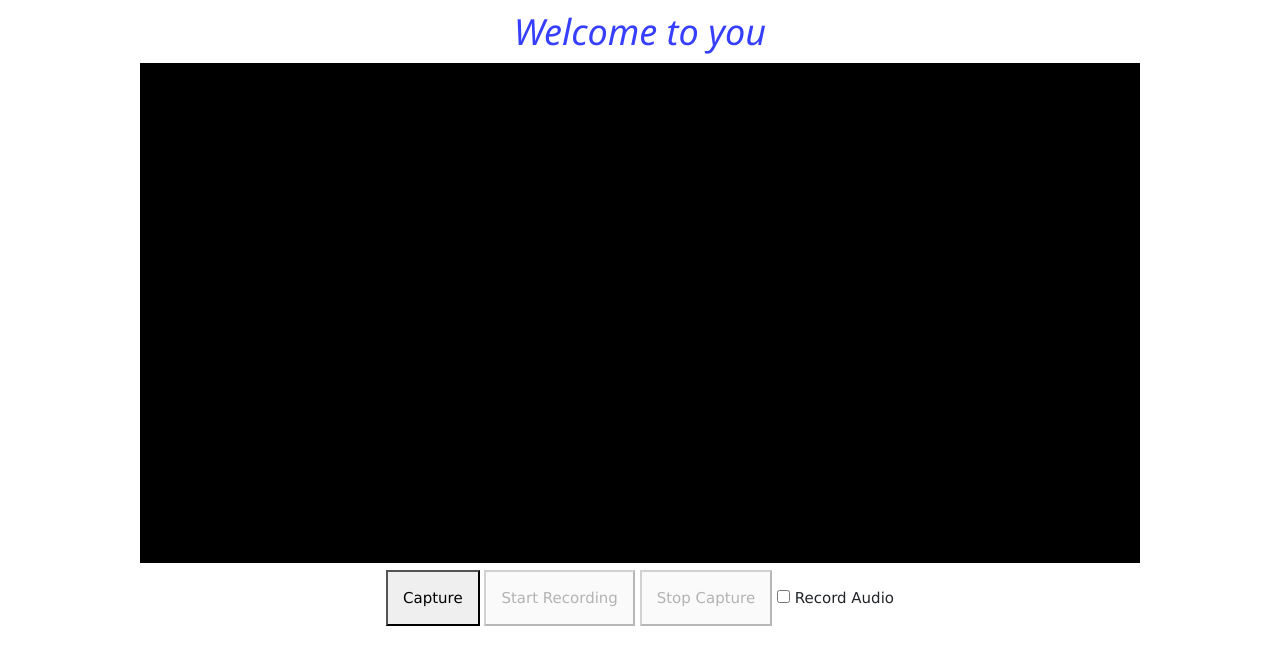
Repository: santiljanomalaj/recording_youtube
Page: index.html
An editor plug-in stored every save of this project. The page is shown before and after the next save, followed by the edit.
The browser window is 1280 px wide. The pictures show the whole page.

Above is the page before, as saved 2020-04-29 18:29:27.

### index.html
<!DOCTYPE html>
<html lang="en">
  <head>
    <title>video/audio capture</title>
    <meta charset="utf-8" />
    <meta http-equiv="X-UA-Compatible" content="IE=edge" />
    <meta name="viewport" content="width=device-width, initial-scale=1" />

    <link rel="stylesheet" href="style.css" />
    <link
      rel="stylesheet"
      href="https://maxcdn.bootstrapcdn.com/bootstrap/4.4.1/css/bootstrap.min.css"
    />
    <link rel="stylesheet" href="https://www.w3schools.com/w3css/4/w3.css" />
    <link
      rel="stylesheet"
      href="https://fonts.googleapis.com/css?family=Tangerine"
    />

    <script>
      //   if (location.protocol !== "https:") location.protocol = "https:";
    </script>
    <!-- import the webpage's stylesheet -->
  </head>
  <body>
    <center>
      <div class="w3-container w3-tangerine">
        <h1 class="w3-xxlarge">Welcome to you</h1>
      </div>
      <p id="warning">
        Enable chrome://flags/#enable-experimental-web-platform-features
      </p>
      <video
        style="background-color: black; width: 1000px; height: 500px;"
        id="videoElement"
        autoplay
      ></video>
      <br />
      <button id="captureBtn">Capture</button>
      <button id="startBtn" disabled>Start Recording</button>
      <button id="stopBtn" disabled>Stop Capture</button>
      <input type="checkbox" id="audioToggle" />
      <label for="audioToggle">Record Audio</label>
      <a class="btn btn-primary" id="download" href="#" style="display: none;"
        >Download</a
      >
      <a
        type="button"
        class="btn btn-primary"
        id="trim"
        href="https://video-cut.glitch.me/"
        style="display: none;"
        target="trim"
        >Trim Video</a
      >
      <a
        type="button"
        class="btn btn-primary"
        id="convert"
        href="https://convert-to-mp4.glitch.me/"
        style="display: none;"
        target="convert"
        >Convert to MP4</a
      >
    </center>

    <script src="comlink.js"></script>
    <script src="https://ajax.googleapis.com/ajax/libs/jquery/3.4.1/jquery.min.js"></script>
    <script src="https://cdnjs.cloudflare.com/ajax/libs/popper.js/1.16.0/umd/popper.min.js"></script>
    <script src="https://maxcdn.bootstrapcdn.com/bootstrap/4.4.1/js/bootstrap.min.js"></script>

    <script>
      if ("getDisplayMedia" in navigator.mediaDevices)
        warning.style.display = "none";

      let blobs;
      let blob;
      let rec;
      let stream;

      captureBtn.onclick = async () => {
        trim.style.display = "none";
        convert.style.display = "none";
        download.style.display = "none";
        let audio = audioToggle.checked || false;

        stream = await navigator.mediaDevices.getDisplayMedia({
          video: true,
          audio: audio,
        });
        stream
          .getVideoTracks()
          .forEach((track) => (track.contentHint = "text"));
        videoElement.srcObject = stream;
        let opts = { mimeType: "video/webm; codecs=h264" };
        blobs = [];
        rec = new MediaRecorder(stream, opts);
        rec.ondataavailable = (e) => blobs.push(e.data);
        rec.onstop = () => {
          blob = new Blob(blobs, { type: "video/mp4" });
          let url = window.URL.createObjectURL(blob);
          download.href = url;
          download.download = "test.mp4";
          download.style.display = "block";
          trim.style.display = "block";
          convert.style.display = "block";
        };
        startBtn.disabled = false;
        captureBtn.disabled = true;
        audioToggle.disabled = true;
      };

      startBtn.onclick = () => {
        startBtn.disabled = true;
        stopBtn.disabled = false;
        rec.start();
      };

      stopBtn.onclick = () => {
        captureBtn.disabled = false;
        startBtn.disabled = true;
        stopBtn.disabled = true;
        audioToggle.disabled = false;
        rec.stop();
        stream.getTracks().forEach((s) => s.stop());
        videoElement.srcObject = null;
        stream = null;
      };

      trim.onclick = async (event) => {
        event.preventDefault();
        let cutWindow = window.open(event.target.href);
        let start = Comlink.proxy(cutWindow);
        setTimeout(async () => {
          let result = await start(
            new File([blob], "test.webm", { type: "video/webm" }),
            "00:00:00"
          );
        }, 1000);
      };

      convert.onclick = async (event) => {
        event.preventDefault();
        let convertWindow = window.open(event.target.href);
        let start = Comlink.proxy(convertWindow);
        setTimeout(async () => {
          let result = await start(
            new File([blob], "test.webm", { type: "video/webm" })
          );
        }, 1000);
      };
    </script>
  </body>
</html>

### style.css
/* CSS files add styling rules to your content */

body {
  font-family: "Benton Sans", "Helvetica Neue", helvetica, arial, sans-serif;
  margin: 2em;
}

h1 {
  font-style: italic;
  color: #373fff;
}

video {
  width: 1000px;
  height: 1000px;
}

button {
  margin: 1em;
  padding: 1em;
}

.w3-tangerine {
  font-family: "Tangerine", serif;
}

### comlink.js
/**
 * Copyright 2017 Google Inc. All Rights Reserved.
 * Licensed under the Apache License, Version 2.0 (the "License");
 * you may not use this file except in compliance with the License.
 * You may obtain a copy of the License at
 *     http://www.apache.org/licenses/LICENSE-2.0
 * Unless required by applicable law or agreed to in writing, software
 * distributed under the License is distributed on an "AS IS" BASIS,
 * WITHOUT WARRANTIES OR CONDITIONS OF ANY KIND, either express or implied.
 * See the License for the specific language governing permissions and
 * limitations under the License.
 */
(function (factory) {
  if (typeof module === "object" && typeof module.exports === "object") {
    var v = factory(require, exports);
    if (v !== undefined) module.exports = v;
  } else if (typeof define === "function" && define.amd) {
    define(["require", "exports"], factory);
  } else {
    factory([], (self.Comlink = {}));
  }
})(function (require, exports) {
  "use strict";
  Object.defineProperty(exports, "__esModule", { value: true });
  const TRANSFERABLE_TYPES = [ArrayBuffer, MessagePort];
  const uid = Math.floor(Math.random() * Number.MAX_SAFE_INTEGER);
  const proxyValueSymbol = Symbol("proxyValue");
  const throwSymbol = Symbol("throw");
  const proxyTransferHandler = {
    canHandle: (obj) => obj && obj[proxyValueSymbol],
    serialize: (obj) => {
      const { port1, port2 } = new MessageChannel();
      expose(obj, port1);
      return port2;
    },
    deserialize: (obj) => {
      return proxy(obj);
    },
  };
  const throwTransferHandler = {
    canHandle: (obj) => obj && obj[throwSymbol],
    serialize: (obj) => obj.toString() + "\n" + obj.stack,
    deserialize: (obj) => {
      throw Error(obj);
    },
  };
  exports.transferHandlers = new Map([
    ["PROXY", proxyTransferHandler],
    ["THROW", throwTransferHandler],
  ]);
  let pingPongMessageCounter = 0;
  function proxy(endpoint, target) {
    if (isWindow(endpoint)) endpoint = windowEndpoint(endpoint);
    if (!isEndpoint(endpoint))
      throw Error(
        "endpoint does not have all of addEventListener, removeEventListener and postMessage defined"
      );
    activateEndpoint(endpoint);
    return cbProxy(
      async (irequest) => {
        let args = [];
        if (irequest.type === "APPLY" || irequest.type === "CONSTRUCT")
          args = irequest.argumentsList.map(wrapValue);
        const response = await pingPongMessage(
          endpoint,
          Object.assign({}, irequest, { argumentsList: args }),
          transferableProperties(args)
        );
        const result = response.data;
        return unwrapValue(result.value);
      },
      [],
      target
    );
  }
  exports.proxy = proxy;
  function proxyValue(obj) {
    obj[proxyValueSymbol] = true;
    return obj;
  }
  exports.proxyValue = proxyValue;
  function expose(rootObj, endpoint) {
    if (isWindow(endpoint)) endpoint = windowEndpoint(endpoint);
    if (!isEndpoint(endpoint))
      throw Error(
        "endpoint does not have all of addEventListener, removeEventListener and postMessage defined"
      );
    activateEndpoint(endpoint);
    attachMessageHandler(endpoint, async function (event) {
      if (!event.data.id || !event.data.callPath) return;
      const irequest = event.data;
      let that = await irequest.callPath
        .slice(0, -1)
        .reduce((obj, propName) => obj[propName], rootObj);
      let obj = await irequest.callPath.reduce(
        (obj, propName) => obj[propName],
        rootObj
      );
      let iresult = obj;
      let args = [];
      if (irequest.type === "APPLY" || irequest.type === "CONSTRUCT")
        args = irequest.argumentsList.map(unwrapValue);
      if (irequest.type === "APPLY") {
        try {
          iresult = await obj.apply(that, args);
        } catch (e) {
          iresult = e;
          iresult[throwSymbol] = true;
        }
      }
      if (irequest.type === "CONSTRUCT") {
        try {
          iresult = new obj(...args); // eslint-disable-line new-cap
          iresult = proxyValue(iresult);
        } catch (e) {
          iresult = e;
          iresult[throwSymbol] = true;
        }
      }
      if (irequest.type === "SET") {
        obj[irequest.property] = irequest.value;
        // FIXME: ES6 Proxy Handler `set` methods are supposed to return a
        // boolean. To show good will, we return true asynchronously ¯\_(ツ)_/¯
        iresult = true;
      }
      iresult = makeInvocationResult(iresult);
      iresult.id = irequest.id;
      return endpoint.postMessage(iresult, transferableProperties([iresult]));
    });
  }
  exports.expose = expose;
  function wrapValue(arg) {
    // Is arg itself handled by a TransferHandler?
    for (const [key, transferHandler] of exports.transferHandlers) {
      if (transferHandler.canHandle(arg)) {
        return {
          type: key,
          value: transferHandler.serialize(arg),
        };
      }
    }
    // If not, traverse the entire object and find handled values.
    let wrappedChildren = [];
    for (const item of iterateAllProperties(arg)) {
      for (const [key, transferHandler] of exports.transferHandlers) {
        if (transferHandler.canHandle(item.value)) {
          wrappedChildren.push({
            path: item.path,
            wrappedValue: {
              type: key,
              value: transferHandler.serialize(item.value),
            },
          });
        }
      }
    }
    for (const wrappedChild of wrappedChildren) {
      const container = wrappedChild.path
        .slice(0, -1)
        .reduce((obj, key) => obj[key], arg);
      container[wrappedChild.path[wrappedChild.path.length - 1]] = null;
    }
    return {
      type: "RAW",
      value: arg,
      wrappedChildren,
    };
  }
  function unwrapValue(arg) {
    if (exports.transferHandlers.has(arg.type)) {
      const transferHandler = exports.transferHandlers.get(arg.type);
      return transferHandler.deserialize(arg.value);
    } else if (isRawWrappedValue(arg)) {
      for (const wrappedChildValue of arg.wrappedChildren || []) {
        if (!exports.transferHandlers.has(wrappedChildValue.wrappedValue.type))
          throw Error(
            `Unknown value type "${arg.type}" at ${wrappedChildValue.path.join(
              "."
            )}`
          );
        const transferHandler = exports.transferHandlers.get(
          wrappedChildValue.wrappedValue.type
        );
        const newValue = transferHandler.deserialize(
          wrappedChildValue.wrappedValue.value
        );
        replaceValueInObjectAtPath(arg.value, wrappedChildValue.path, newValue);
      }
      return arg.value;
    } else {
      throw Error(`Unknown value type "${arg.type}"`);
    }
  }
  function replaceValueInObjectAtPath(obj, path, newVal) {
    const lastKey = path.slice(-1)[0];
    const lastObj = path.slice(0, -1).reduce((obj, key) => obj[key], obj);
    lastObj[lastKey] = newVal;
  }
  function isRawWrappedValue(arg) {
    return arg.type === "RAW";
  }
  function windowEndpoint(w) {
    if (self.constructor.name !== "Window") throw Error("self is not a window");
    return {
      addEventListener: self.addEventListener.bind(self),
      removeEventListener: self.removeEventListener.bind(self),
      postMessage: (msg, transfer) => w.postMessage(msg, "*", transfer),
    };
  }
  function isEndpoint(endpoint) {
    return (
      "addEventListener" in endpoint &&
      "removeEventListener" in endpoint &&
      "postMessage" in endpoint
    );
  }
  function activateEndpoint(endpoint) {
    if (isMessagePort(endpoint)) endpoint.start();
  }
  function attachMessageHandler(endpoint, f) {
    // Checking all possible types of `endpoint` manually satisfies TypeScript’s
    // type checker. Not sure why the inference is failing here. Since it’s
    // unnecessary code I’m going to resort to `any` for now.
    // if(isWorker(endpoint))
    //   endpoint.addEventListener('message', f);
    // if(isMessagePort(endpoint))
    //   endpoint.addEventListener('message', f);
    // if(isOtherWindow(endpoint))
    //   endpoint.addEventListener('message', f);
    endpoint.addEventListener("message", f);
  }
  function detachMessageHandler(endpoint, f) {
    // Same as above.
    endpoint.removeEventListener("message", f);
  }
  function isMessagePort(endpoint) {
    return endpoint.constructor.name === "MessagePort";
  }
  function isWindow(endpoint) {
    // TODO: This doesn’t work on cross-origin iframes.
    // return endpoint.constructor.name === 'Window';
    return ["window", "length", "location", "parent", "opener"].every(
      (prop) => prop in endpoint
    );
  }
  /**
   * `pingPongMessage` sends a `postMessage` and waits for a reply. Replies are
   * identified by a unique id that is attached to the payload.
   */
  function pingPongMessage(endpoint, msg, transferables) {
    const id = `${uid}-${pingPongMessageCounter++}`;
    return new Promise((resolve) => {
      attachMessageHandler(endpoint, function handler(event) {
        if (event.data.id !== id) return;
        detachMessageHandler(endpoint, handler);
        resolve(event);
      });
      // Copy msg and add `id` property
      msg = Object.assign({}, msg, { id });
      endpoint.postMessage(msg, transferables);
    });
  }
  function cbProxy(cb, callPath = [], target = function () {}) {
    return new Proxy(target, {
      construct(_target, argumentsList, proxy) {
        return cb({
          type: "CONSTRUCT",
          callPath,
          argumentsList,
        });
      },
      apply(_target, _thisArg, argumentsList) {
        // We use `bind` as an indicator to have a remote function bound locally.
        // The actual target for `bind()` is currently ignored.
        if (callPath[callPath.length - 1] === "bind")
          return cbProxy(cb, callPath.slice(0, -1));
        return cb({
          type: "APPLY",
          callPath,
          argumentsList,
        });
      },
      get(_target, property, proxy) {
        if (property === "then" && callPath.length === 0) {
          return { then: () => proxy };
        } else if (property === "then") {
          const r = cb({
            type: "GET",
            callPath,
          });
          return Promise.resolve(r).then.bind(r);
        } else {
          return cbProxy(cb, callPath.concat(property), _target[property]);
        }
      },
      set(_target, property, value, _proxy) {
        return cb({
          type: "SET",
          callPath,
          property,
          value,
        });
      },
    });
  }
  function isTransferable(thing) {
    return TRANSFERABLE_TYPES.some((type) => thing instanceof type);
  }
  function* iterateAllProperties(value, path = [], visited = null) {
    if (!value) return;
    if (!visited) visited = new WeakSet();
    if (visited.has(value)) return;
    if (typeof value === "string") return;
    if (typeof value === "object") visited.add(value);
    if (ArrayBuffer.isView(value)) return;
    yield { value, path };
    const keys = Object.keys(value);
    for (const key of keys)
      yield* iterateAllProperties(value[key], [...path, key], visited);
  }
  function transferableProperties(obj) {
    const r = [];
    for (const prop of iterateAllProperties(obj)) {
      if (isTransferable(prop.value)) r.push(prop.value);
    }
    return r;
  }
  function makeInvocationResult(obj) {
    for (const [type, transferHandler] of exports.transferHandlers) {
      if (transferHandler.canHandle(obj)) {
        const value = transferHandler.serialize(obj);
        return {
          value: { type, value },
        };
      }
    }
    return {
      value: {
        type: "RAW",
        value: obj,
      },
    };
  }
});

After the next save:
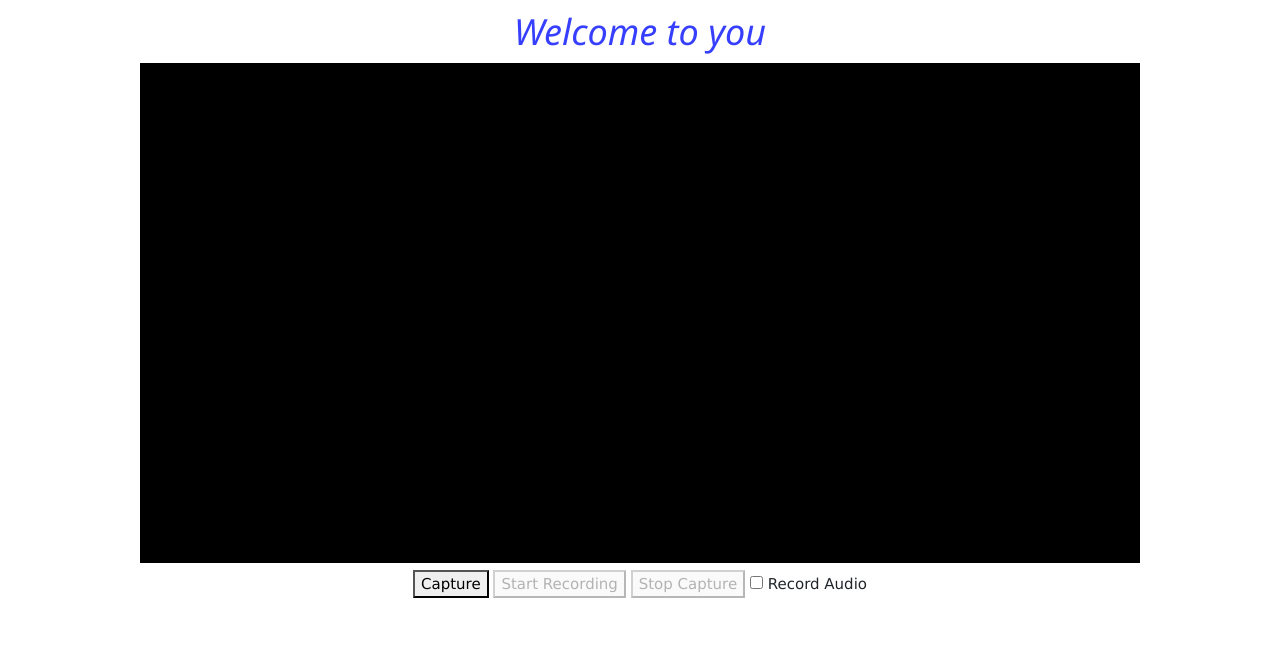
Saved 41 s later.
--- a/style.css
+++ b/style.css
@@ -16,8 +16,8 @@ video {
 }
 
 button {
-  margin: 1em;
-  padding: 1em;
+  margin: 1;
+  padding: 1;
 }
 
 .w3-tangerine {
